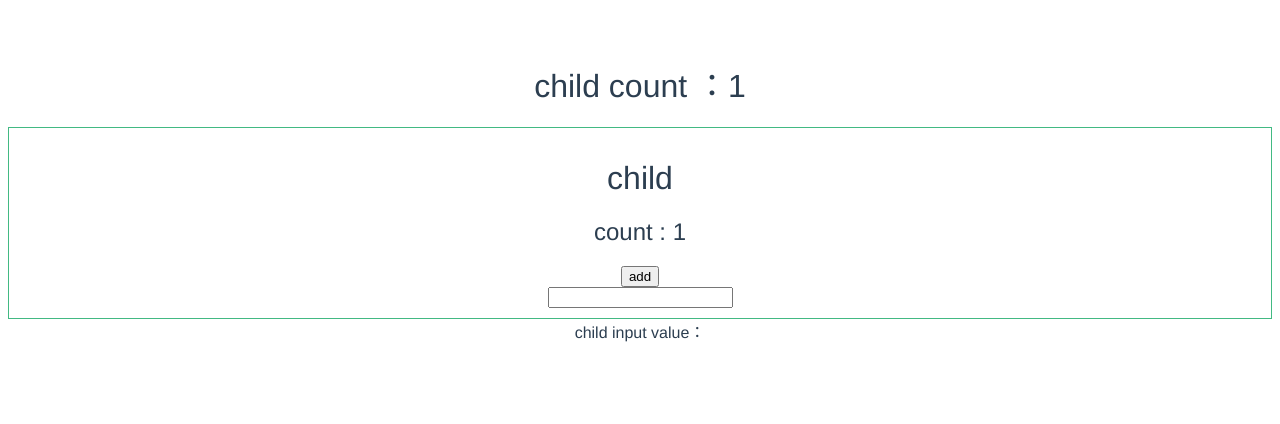
Repository: NotTooTwo/vueRouter
Page: /#/
An editor plug-in stored every save of this project. The page is shown before and after the next save, followed by the edit.
The browser window is 1280 px wide. The pictures show the whole page.
The project was rebuilt for these pictures with package versions that can differ from the ones it lists, and the page was loaded fresh each time.

Above is the page before, as saved 2018-03-13 10:37:26.

### src/components/HelloWorld.vue
<template>
  <div class="hello">
    <h1>child count ：{{childNum}}</h1>
    <!-- 子组件给父组件传参：子组件内(add()函数)$emit触发父组件的预定义的触发函数 -->
    <Child :countNum=1 v-on:childCount="countChildNum"></Child>
    <div>child input value：{{msg}}</div>
  </div>
</template>

<script>
import Child from './child'
export default {
  name: 'HelloWorld',
  data () {
    return {
      msg: '',
      childNum:1
    }
  },
methods:{
  countChildNum(num){
      this.childNum = num;
  }
},
components:{
    Child
  }
}
</script>

<!-- Add "scoped" attribute to limit CSS to this component only -->
<style scoped>
h1, h2 {
  font-weight: normal;
}
ul {
  list-style-type: none;
  padding: 0;
}
li {
  display: inline-block;
  margin: 0 10px;
}
a {
  color: #42b983;
}
</style>

### src/components/child.vue
<template>
  <div class="child">
    <h1>child</h1>
    <h2>count : {{count}}</h2>
    <button @click='add'>add</button>
    <div>
      <input type="text" v-model="childVal">
    </div>
  </div>
</template>

<script>
export default {
  name: 'child',
  data () {
    return {
      msg: 'Welcome to Your Vue.js App',
      count: 0,
      childVal:''
    }
  },
  props:[
    'countNum'
  ],
  created(){
    this.count=this.countNum;
  },
  watch:{
      'childVal'(val,old){
          this.$parent.msg = val
      }
  },
  methods:{
    add(){
      ++this.count;
      this.$emit('childCount',this.count)
    },
    sendMsg(){
      console.log(this.$parent.msg)
      // this.$set(this.$parent,'msg',this.childVal)
      this.$parent.msg = this.childVal
    }
  }
}
</script>

<!-- Add "scoped" attribute to limit CSS to this component only -->
<style scoped>
h1, h2 {
  font-weight: normal;
}
ul {
  list-style-type: none;
  padding: 0;
}
li {
  display: inline-block;
  margin: 0 10px;
}
a {
  color: #42b983;
}
.child{
  padding: 10px;
  border: 1px solid #42b983;

}
</style>

Loaded but not shown: index.html (common file); src/main.js (common file); src/App.vue (common file); src/router/index.js (common file)

After the next save:
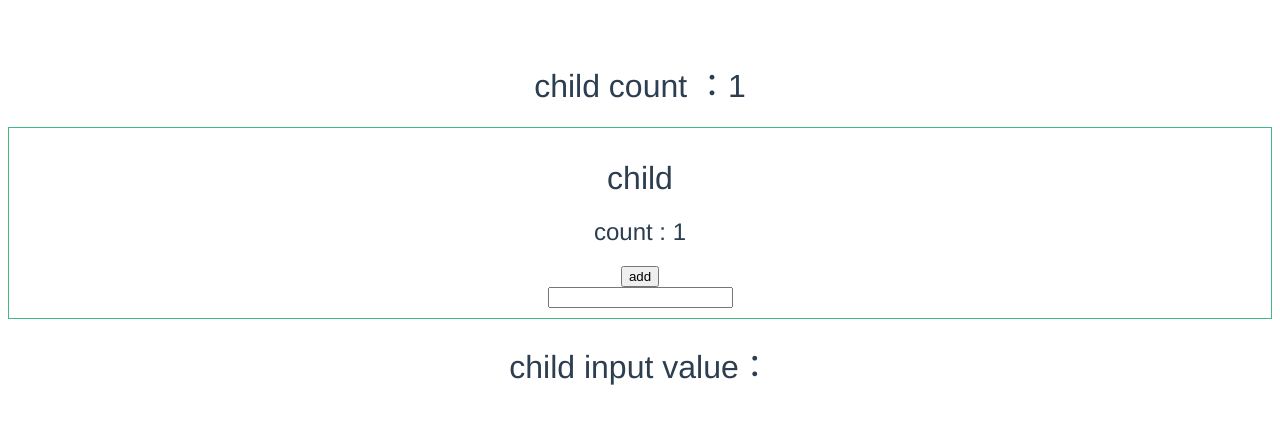
Saved 16 s later.
--- a/src/components/HelloWorld.vue
+++ b/src/components/HelloWorld.vue
@@ -3,7 +3,7 @@
     <h1>child count ：{{childNum}}</h1>
     <!-- 子组件给父组件传参：子组件内(add()函数)$emit触发父组件的预定义的触发函数 -->
     <Child :countNum=1 v-on:childCount="countChildNum"></Child>
-    <div>child input value：{{msg}}</div>
+    <h1>child input value：{{msg}}</h1>
   </div>
 </template>
 
